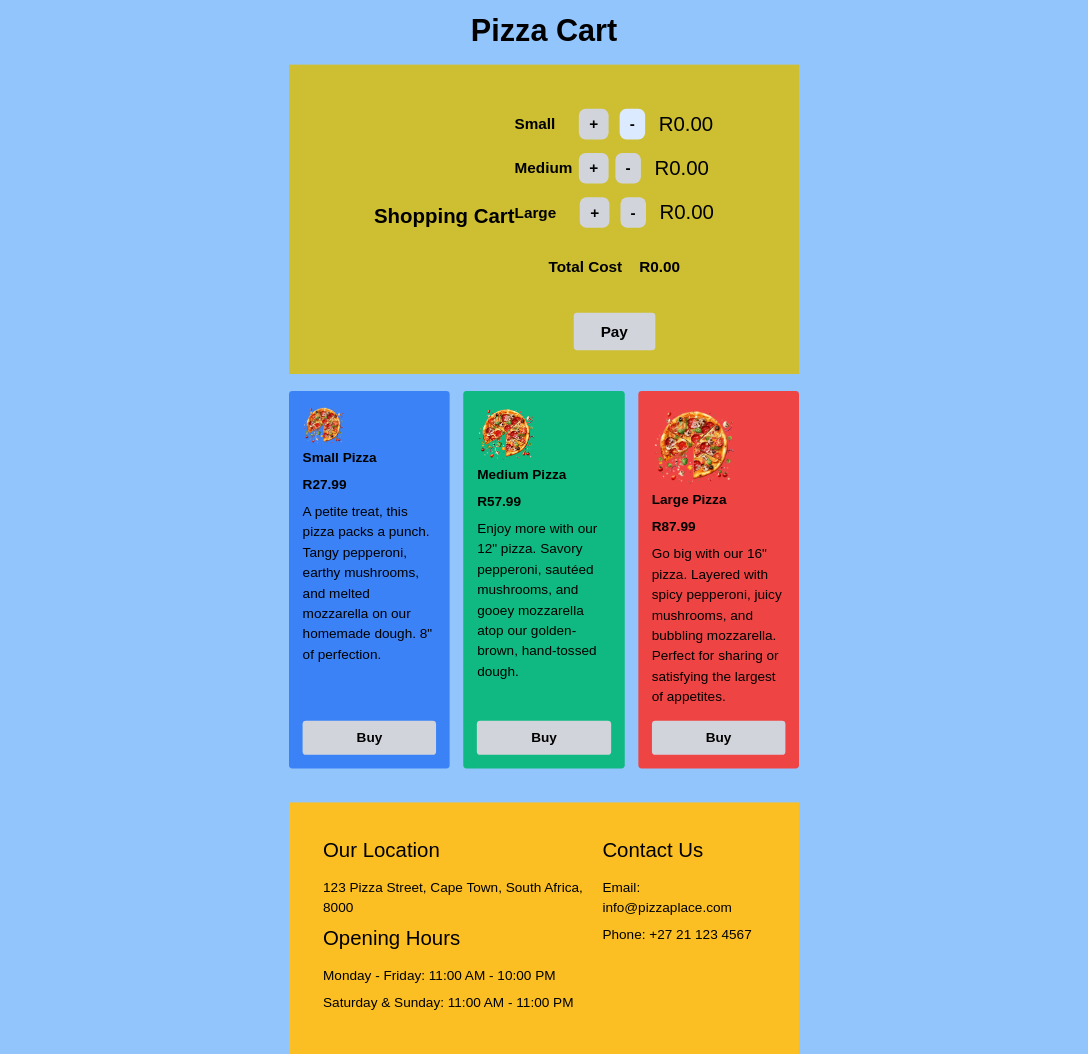
Repository: lasity34/pizza_cart
Page: index.html
These files come from the project's save history. The page is drawn as it stood at one moment and after the next save; the edit follows.
The browser window is 1280 px wide. The pictures show the whole page, at 85% of full size.
Some web fonts or font styles are not loaded; a fallback is used. Some web libraries are served in a nearby version.

Above is the page before, as saved 2023-07-12 12:38:32.

After the next save:
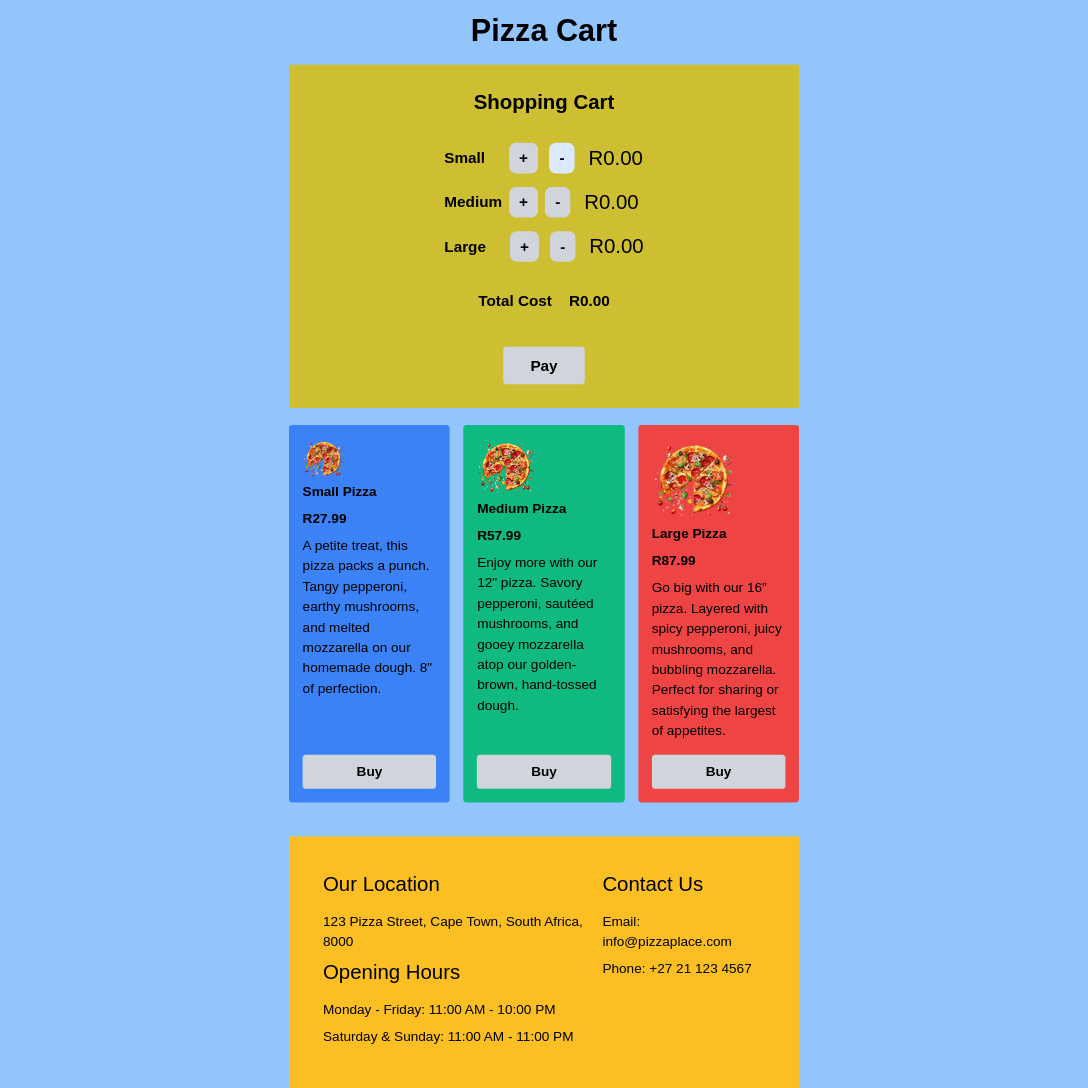
Saved 10 s later.
--- a/index.html
+++ b/index.html
@@ -20,7 +20,7 @@
     </section>
 
     <section
-    class="shop-container my-5 p-7 flex flex-col sm:flex-row sm:text-sm  md:text-base  lg:text-lg justify-center items-center"
+    class="shop-container my-5 p-7 flex flex-col  sm:text-sm  md:text-base  lg:text-lg justify-center items-center"
   >
       <h2 class="text-2xl mb-2 font-bold">Shopping Cart</h2>
       <div class="mt-6 flex flex-col items-center">
